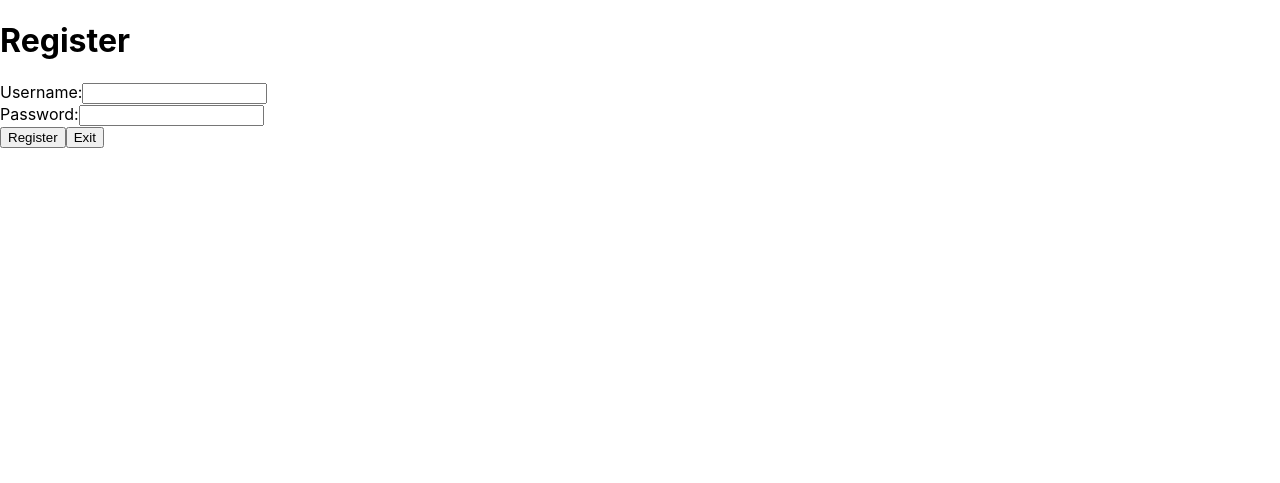
Repository: iMlearnDinG/react-app-v2
Page: /register
These files come from the project's save history. The page is drawn as it stood at one moment and after the next save; the edit follows.
The browser window is 1280 px wide. The pictures show the whole page.
The page's requests for data from a server got no answer. The project was rebuilt for these pictures with package versions that can differ from the ones it lists, and the page was loaded fresh each time. No one was signed in, and anything a server would have sent is missing. Also part of the build but not shown: src/css/login.css, src/components/Login.js, src/components/Lobby.js, src/components/Game.js, src/components/Menu.js. Imported but missing from the stored project, and not drawn on this page: src/media/video.mp4.

Above is the page before, as saved 2023-07-21 21:47:26.

### src/index.js
import React from 'react';
import ReactDOM from 'react-dom/client';
import './index.css';
import App from './App';
import reportWebVitals from './reportWebVitals';

ReactDOM.createRoot(document.getElementById('root')).render(
  <React.StrictMode>
    <App />
  </React.StrictMode>,
);

// If you want to start measuring performance in your app, pass a function
// to log results (for example: reportWebVitals(console.log))
// or send to an analytics endpoint. Learn more: https://bit.ly/CRA-vitals
reportWebVitals();

### src/App.js
import React, { useContext, useEffect } from 'react';
import { BrowserRouter as Router, Routes, Route, useNavigate } from 'react-router-dom';
import { AuthProvider, AuthContext } from './config/AuthContext';
import Login from './components/Login';
import Register from './components/Register';
import Lobby from './components/Lobby';
import Game from './components/Game';
import Menu from './components/Menu';
import SessionRenewal from './SessionRenewal';

function PrivateRoute({ children }) {
  const { user, loading } = useContext(AuthContext);
  const navigate = useNavigate();

  useEffect(() => {
    if (!loading && !user) {
      navigate('/login', { replace: true });
    }
  }, [loading, user, navigate]);

  if (loading) {
    return <div>Loading...</div>;
  }

  if (!user) {
    return null;
  }

  return children;
}

function App() {
  return (
    <Router>
      <div className="App">
        <AuthProvider>
          <Routes>
            <Route path="/" element={<Login />} />
            <Route path="/login" element={<Login />} />
            <Route path="/register" element={<Register />} />
            <Route path="/lobby" element={<PrivateRoute><Lobby /></PrivateRoute>} />
            <Route path="/game" element={<PrivateRoute><Game /></PrivateRoute>} />
            <Route path="/menu" element={<PrivateRoute><Menu /></PrivateRoute>} />
          </Routes>
        </AuthProvider>
      </div>
    </Router>
  );
}

export default SessionRenewal(App);

### src/config/AuthContext.js
import React, { createContext, useState, useEffect } from 'react';

export const AuthContext = createContext();

export function AuthProvider({ children }) {
  const [user, setUser] = useState(null);
  const [loading, setLoading] = useState(true);

  useEffect(() => {
    // Fetch the current user from the server and update state
    const fetchUser = async () => {
      const response = await fetch(`${process.env.REACT_APP_API_BASE_URL}/auth`, {
        credentials: 'include',
      });
      const data = await response.json();
      if (data.success) {
        setUser(data.data.user);
      }
      setLoading(false);
    };
    fetchUser();
  }, []);

  const value = { user, setUser, loading };

  return <AuthContext.Provider value={value}>{children}</AuthContext.Provider>;
}

### src/components/Register.js
import React, { useState } from 'react';
import { useNavigate } from 'react-router-dom';
import axios from 'axios';
import registerImage from '../media/register-image.png';
import registerImage1 from '../media/register-image1.png';
import registerImage2 from '../media/register-image2.png';
import registerImage3 from '../media/register-image3.png';
import backgroundVideo from '../media/video.mp4'

function Register() {
  const navigate = useNavigate();
  const [username, setUsername] = useState('');
  const [password, setPassword] = useState('');
  const [errors, setErrors] = useState([]);

  const register = () => {
    if (!username || !password) {
      setErrors(['Please provide a username and password.']);
      return;
    }

    const userData = {
      username: username,
      password: password
    };

    axios
      .post(`${process.env.REACT_APP_API_BASE_URL}/register`, userData)
      .then((res) => {
        if (res.data.success) {
          navigate('/login', { replace: true });
        } else {
          setErrors(res.data.error);
        }
      })

      .catch((error) => {
        console.log(error);
        let errorMsg = ['An error occurred during registration'];

        if (error.response && error.response.data.error) {
          errorMsg = error.response.data.error;
        }

        setErrors(errorMsg);
      });
  };

  const exit = () => {
    navigate('/login');
  };

  return (
    <div className="register-container">
      <h1>Register</h1>
      {/* Registration form */}
      <div>
        <label htmlFor="username">Username:</label>
        <input
          type="text"
          id="username"
          value={username}
          onChange={(e) => setUsername(e.target.value)}
        />
      </div>
      <div>
        <label htmlFor="password">Password:</label>
        <input
          type="password"
          id="password"
          value={password}
          onChange={(e) => setPassword(e.target.value)}
        />
      </div>
      <button onClick={register}>Register</button>
      <button onClick={exit}>Exit</button>
      {errors.length > 0 && (
        <div>
          {errors.map((error, index) => (
            <p key={index}>{error}</p>
          ))}
        </div>
      )}
    </div>
  );
}

export default Register;

### src/SessionRenewal.js
import React, { useEffect, useRef } from 'react';

function SessionRenewal(WrappedComponent) {
  return function WrappedWithSessionRenewal(props) {
    const activityDetected = useRef(false);

    useEffect(() => {
      let timeoutId;

      const renewSession = () => {
        fetch('/api/renew-session', {
          method: 'POST',
          credentials: 'include', // Include cookies in the request
        })
        .then(res => res.json())
        .then((data) => {
          if (!data.success) {
            console.error('Session renewal failed:', data.error);
          }
        })
        .catch((error) => {
          console.error('Error:', error);
        });
      };

      const resetTimeout = () => {
        console.log('User activity detected');
        if (timeoutId) {
          clearTimeout(timeoutId);
        }
        timeoutId = setTimeout(renewSession, 1); // 5 minutes
      };

      const activityHandler = () => {
        activityDetected.current = true;
      };

      window.addEventListener('mousemove', activityHandler);
      window.addEventListener('keydown', activityHandler);
      window.addEventListener('click', activityHandler);
      window.addEventListener('input', activityHandler);

      const intervalId = setInterval(() => {
        if (activityDetected.current) {
          resetTimeout();
          activityDetected.current = false;
        }
      }, 225000);

      return () => {
        window.removeEventListener('mousemove', activityHandler);
        window.removeEventListener('keydown', activityHandler);
        window.removeEventListener('click', activityHandler);
        window.removeEventListener('input', activityHandler);
        clearTimeout(timeoutId);
        clearInterval(intervalId);
      };
    }, []);

    return <WrappedComponent {...props} />;
  };
}

export default SessionRenewal;

### src/css/register.css
.register-container {
    display: flex;
    flex-direction: column;
    align-items: center;
    justify-content: center;
    height: 100vh;
    background-color: rgba(0, 0, 0, 0.6);
    overflow: hidden;
  }

Loaded but not shown: public/index.html (common file); src/index.css (common file); src/reportWebVitals.js (common file)

After the next save:
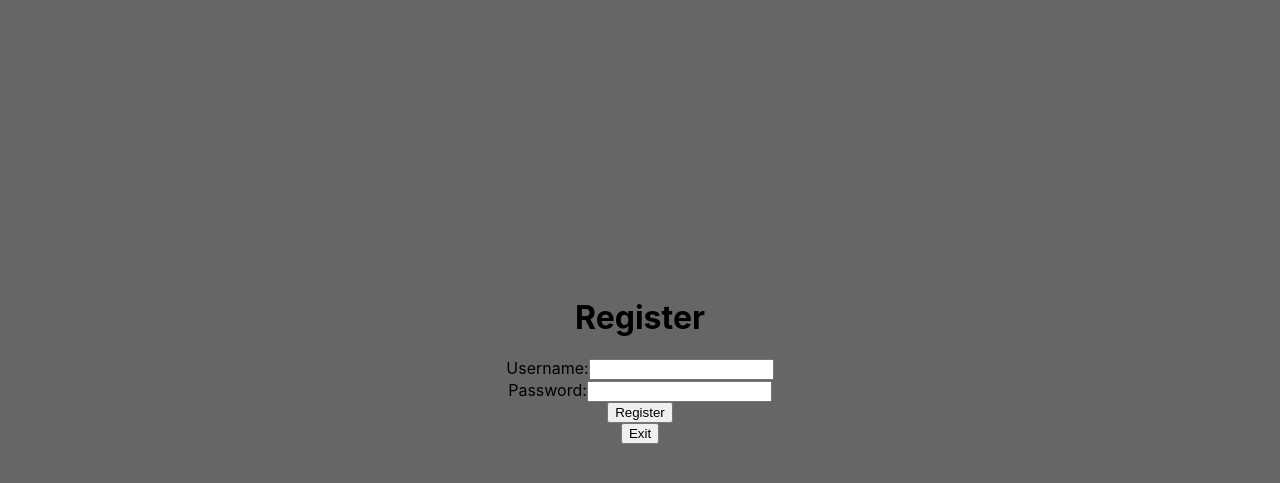
Saved 72 s later.
--- a/src/components/Register.js
+++ b/src/components/Register.js
@@ -1,6 +1,7 @@
 import React, { useState } from 'react';
 import { useNavigate } from 'react-router-dom';
 import axios from 'axios';
+import '../css/register.css'
 import registerImage from '../media/register-image.png';
 import registerImage1 from '../media/register-image1.png';
 import registerImage2 from '../media/register-image2.png';
